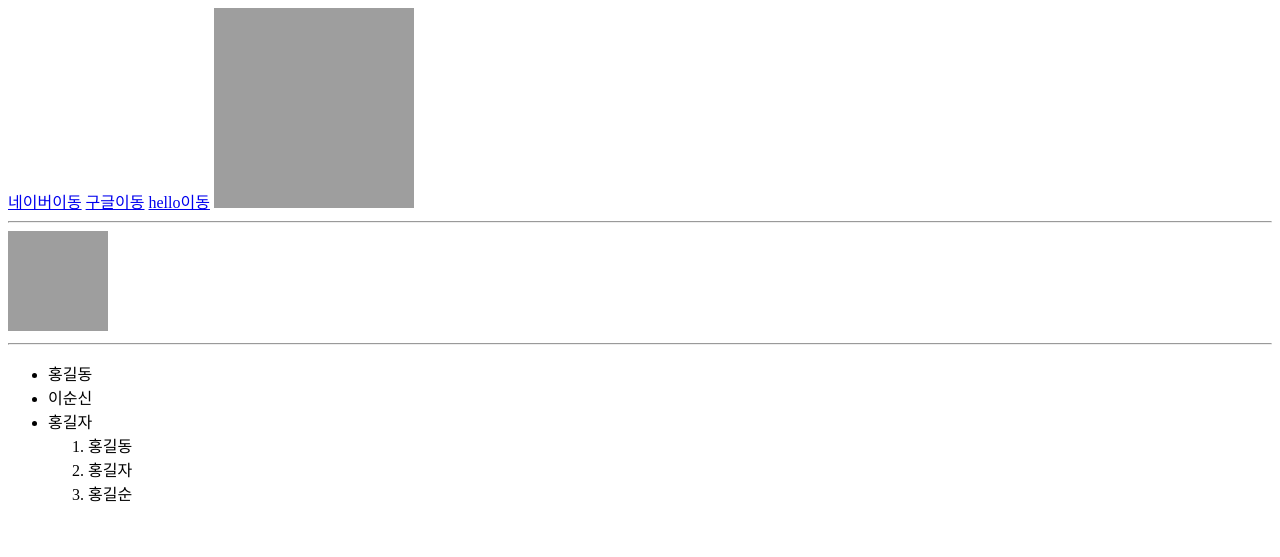
Repository: YeonHaw/jsp
Page: JSPBasic/src/main/webapp/HTML/Index02.html
These files come from the project's save history. The page is drawn as it stood at one moment and after the next save; the edit follows.
The browser window is 1280 px wide. The pictures show the whole page.
Pictures or frames that could not be fetched are drawn as grey boxes.

Above is the page before, as saved 2023-12-27 01:21:23.

### JSPBasic/src/main/webapp/HTML/Index02.html
<!DOCTYPE html>
<html>
<head>
<meta charset="UTF-8">
<title>Insert title here</title>
</head>
<body>
<a href="https://www.naver.com">네이버이동</a>
<a href="https://www.google.com">구글이동</a>
<a href="hello.html">hello이동</a>

<img src = "img/su.png" alt="갱얼쥐" width="200" height="200"/>
<hr>

<a href="hello.html">
	<img src="img/su.png" alt="갱얼쥐2" width="100" height="100"/>
</a>
<hr>

<!--순서를 나타내는 태그-->
<ul>
	<li>홍길동</li>
	<li>이순신</li>
	<li>홍길자</li>

	<ol>
		<li>홍길동</li>
		<li>홍길자</li>
		<li>홍길순</li>

	</ol>

</ul>
</body>
</html>

After the next save:
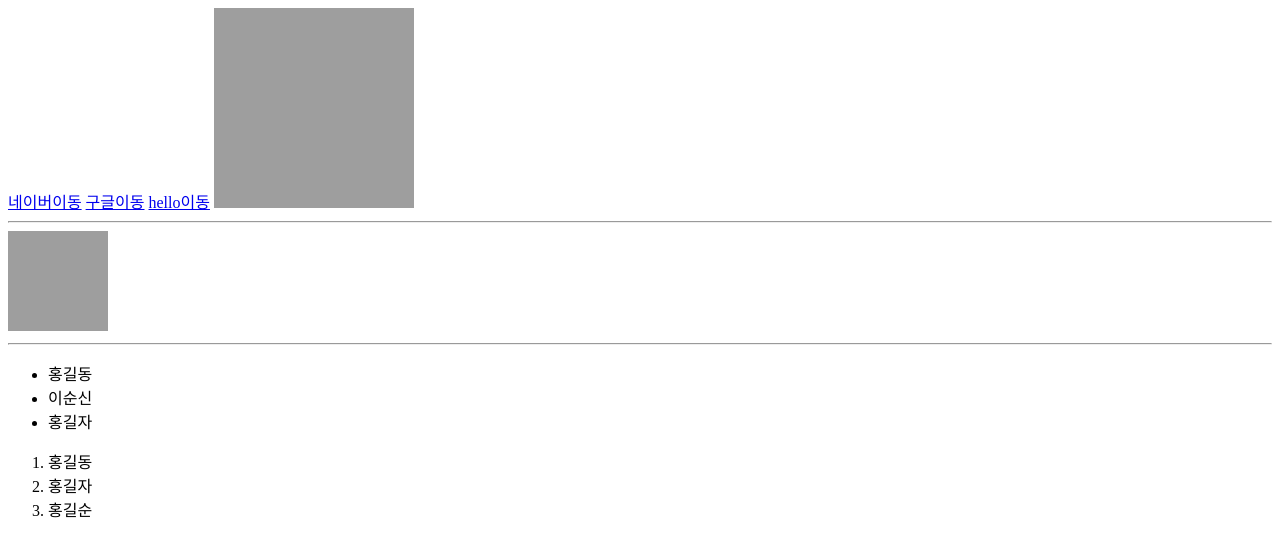
Saved 18 s later.
--- a/JSPBasic/src/main/webapp/HTML/Index02.html
+++ b/JSPBasic/src/main/webapp/HTML/Index02.html
@@ -22,6 +22,7 @@
 	<li>홍길동</li>
 	<li>이순신</li>
 	<li>홍길자</li>
+</ul>
 
 	<ol>
 		<li>홍길동</li>
@@ -30,6 +31,6 @@
 
 	</ol>
 
-</ul>
+
 </body>
 </html>
